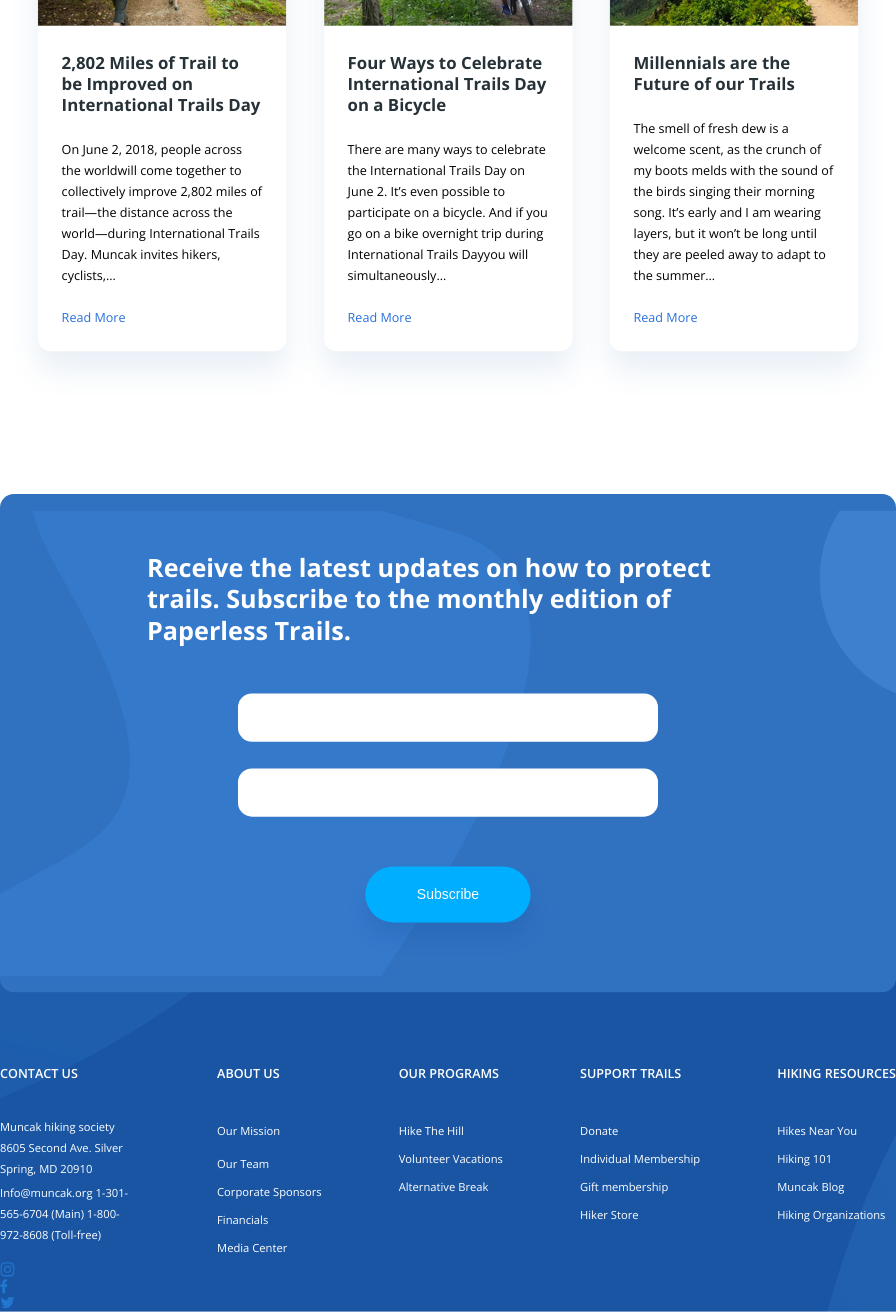
Repository: huubinh98/Project
Page: muncak/index.html
These files come from the project's save history. The page is drawn as it stood at one moment and after the next save; the edit follows.
The browser window is 1280 px wide. The pictures show the part of the page from y = 3804 to 5724 px (the page is 5678 px tall before and 5724 px after), at 70% of full size.

Above is the page before, as saved 2021-08-28 22:23:25.

### muncak/index.html
<!DOCTYPE html>
<html lang="en">

<head>
    <meta charset="UTF-8">
    <meta http-equiv="X-UA-Compatible" content="IE=edge">
    <meta name="viewport" content="width=device-width, initial-scale=1.0">
    <link rel="stylesheet" href="./style.css">
    <link rel="preconnect" href="https://fonts.googleapis.com">
    <link rel="preconnect" href="https://fonts.gstatic.com" crossorigin>
    <link href="https://fonts.googleapis.com/css2?family=Open+Sans:wght@300;400;600;700&display=swap" rel="stylesheet">
    <title>Muncak</title>
</head>

<body>
    <header class="header">
        <div class="container header-nav">
            <h1 class="logo"><a href="" class="logo-link"><img src="./image/Muncak.png" alt="" class="logo-img"></a>
            </h1>
            <ul class="nav-list">
                <li class="nav-item">
                    <a href="" class="nav-item-link">Home</a>
                </li>
                <li class="nav-item">
                    <a href="" class="nav-item-link">Go Hiking</a>
                </li>
                <li class="nav-item">
                    <a href="" class="nav-item-link">About</a>
                </li>
                <li class="nav-item">
                    <a href="" class="nav-item-link nav-highlight">Login</a>
                </li>
            </ul>
        </div>
        <div class="container-small">
            <h1 class="heading-banner">Lets get the top of Moutain</h1>
            <p class="heading-desc">Here is the hiking information you need to decide
                if it is right for you, and to make it more interesting,
                enjoyable, and safe.</p>
            <a href="#" class="btn c"> Get Started</a>
        </div>
    </header>
    <section class="about">
        <div class="container-small about-wrap">
            <h2 class="heading-name hearding-name-about">We envision a world where everyone
                has permanent access to a hiking trail</h2>
            <div class="about-item">
                <img src="./image/loa.png" alt="loa" class="about-img">
                <div class="about-content">
                    <h4 class="about-content-heading">Advocate</h4>
                    <p class="about-content-desc">We work with Congress, Federal agencies, and partners on policy issues
                        and legislation to ensure funding for trails, preservation of natural areas, and protection of
                        the hiking experience.</p>
                </div>
            </div>
            <div class="about-item">
                <img src="./image/bantay.png" alt="loa" class="about-img">
                <div class="about-content">
                    <h4 class="about-content-heading">Volunteer </h4>
                    <p class="about-content-desc">Trails don't maintain themselves. Individuals of any age and
                        experience level can become trail stewards. Give back to the trails you love, meet new people,
                        and enjoy the experience!</p>
                </div>
            </div>
            <div class="about-item">
                <img src="./image/nui.png" alt="loa" class="about-img">
                <div class="about-content">
                    <h4 class="about-content-heading">Explore</h4>
                    <p class="about-content-desc">Feel confident when you set out on your next trail adventure. Check
                        out our free hiking resources like tips for hiking with families, gear checklists, finding the
                        best trail for you.</p>
                </div>
            </div>
            <a href="" class="btn btn-about">Lean more</a>
        </div>
        <div class="container-small about-customer">
            <h2 class="heading-name">With the support of our members, and partners, we've improved trail access for millions of people</h2>
            <div class="customer-content">
                <p class="customer-text">We’ve Mobilized <span>558,768</span> Trail Volunteers</p>
                <p class="customer-text">We’ve Facilitated <span>41,146</span>
                    Miles of Trail Maintenance & Construction</p>
                <p class="customer-text">Volunteers Have Contributed <span>$108 Milion</span> in Volunteer Labor</p>
            </div>
        </div>
    </section>

    <!-- -----------new--------------- -->
    <section class="new">
        <div class="container-small">
            <h2 class="heading-name">Protecting Trails: Current News and Issues</h2>
            <div class="new-content">
                <div class="new-item">
                    <a href="#" class="new-item-picture">
                        <img src="./image/pic1.jpg" alt="pic1" class="new-item-img">
                    </a>
                    <div class="new-item-text">
                        <h3 class="new-item-name">2,802 Miles of Trail to be Improved on International Trails Day</h3>
                        <p class="new-item-desc">On June 2, 2018, people across the worldwill come together to
                            collectively improve 2,802 miles of trail—the distance across the world—during International
                            Trails Day. Muncak invites hikers, cyclists,…</p>
                        <a href="#" class="new-item-link">Read More</a>
                    </div>
                </div>
                <div class="new-item">
                    <a href="#" class="new-item-picture">
                        <img src="./image/pic2.jpg" alt="pic1" class="new-item-img">
                    </a>
                    <div class="new-item-text">
                        <h3 class="new-item-name">Four Ways to Celebrate International Trails Day on a Bicycle</h3>
                        <p class="new-item-desc">There are many ways to celebrate the International Trails Day on June 2. It’s even possible to participate on a bicycle. And if you go on a bike overnight trip during International Trails Dayyou will simultaneously…</p>
                        <a href="#" class="new-item-link">Read More</a>
                    </div>
                </div>
                <div class="new-item">
                    <a href="#" class="new-item-picture">
                        <img src="./image/pic3.jpg" alt="pic1" class="new-item-img">
                    </a>
                    <div class="new-item-text">
                        <h3 class="new-item-name">Millennials are the Future of our Trails</h3>
                        <p class="new-item-desc">The smell of fresh dew is a welcome scent, as the crunch of my boots melds with the sound of the birds singing their morning song. It’s early and I am wearing layers, but it won’t be long until they are peeled away to adapt to the summer…</p>
                        <a href="#" class="new-item-link">Read More</a>
                    </div>
                </div>
            </div>
        </div>
    </section>

    <div class="contact-footer">
        <div class="container form-contact">
            <h5 class="contact-heading">Receive the latest updates on how to protect trails.
                Subscribe to the monthly edition of Paperless Trails.</h5>
            <form action="">
                <input type="text" name="Name" id="" class="form-input">
                <input type="text" name="Email" id="" class="form-input">
                <button type="submit" class="btn btn-contact">Subscribe</button>
            </form>
        </div>
        <footer class="footer container">
            <div class="footer-info">
                <div class="footer-item">
                    <h4 class="footer-item-name">Contact US</h4>
                    <p class="footer-item-desc footer-desc-width">Muncak hiking society
                        8605 Second Ave.
                        Silver Spring, MD 20910</p>
                    <p class="footer-item-desc footer-desc-width">
                        <span>Info@muncak.org</span>
                        <span>1-301-565-6704 (Main)</span>
                        <span>1-800-972-8608 (Toll-free)</span>
                    </p>
                </div>
                <div class="footer-item">
                    <h4 class="footer-item-name">About us</h4>
                    <ul class="footer-item-list">
                        <li class="footer-item-contact">
                            <a href="" class="footer-item-desc">Our Mission</a>
                        </li>
                        <li>
                            <a href="" class="footer-item-desc">Our Team</a>
                        </li>
                        <li>
                            <a href="" class="footer-item-desc">Corporate Sponsors</a>
                        </li>
                        <li>
                            <a href="" class="footer-item-desc">Financials</a>
                        </li>
                        <li>
                            <a href="" class="footer-item-desc">Media Center</a>
                        </li>
                    </ul>
                </div>
                <div class="footer-item">
                    <h4 class="footer-item-name">Our Programs</h4>
                    <ul>
                        <li>
                            <a href="" class="footer-item-desc">Hike The Hill</a>
                        </li>
                        <li>
                            <a href="" class="footer-item-desc">Volunteer Vacations</a>
                        </li>
                        <li>
                            <a href="" class="footer-item-desc">Alternative Break</a>
                        </li>
                    </ul>
                </div>
                <div class="footer-item">
                    <h4 class="footer-item-name">support trails</h4>
                    <ul>
                        <li>
                            <a href="" class="footer-item-desc">Donate</a>
                        </li>
                        <li>
                            <a href="" class="footer-item-desc">Individual Membership</a>
                        </li>
                        <li>
                            <a href="" class="footer-item-desc">Gift membership</a>
                        </li>
                        <li>
                            <a href="" class="footer-item-desc">Hiker Store</a>
                        </li>
                    </ul>
                </div>
                <div class="footer-item">
                    <h4 class="footer-item-name">hiking resources</h4>
                    <ul>
                        <li>
                            <a href="" class="footer-item-desc">Hikes Near You</a>
                        </li>
                        <li>
                            <a href="" class="footer-item-desc">Hiking 101</a>
                        </li>
                        <li>
                            <a href="" class="footer-item-desc">Muncak Blog</a>
                        </li>
                        <li>
                            <a href="" class="footer-item-desc">Hiking Organizations</a>
                        </li>
                    </ul>
                </div>
            </div>
            <ul class="socical">
                <li class="socical-item">
                    <a href="" class="socical-item-link">
                        <img src="./image/instar.png" alt="" class="socical-item-img">
                    </a>
                </li>
                <li class="socical-item">
                    <a href="" class="socical-item-link">
                        <img src="./image/facebook.png" alt="" class="socical-item-img">
                    </a>
                </li>
                <li class="socical-item">
                    <a href="" class="socical-item-link">
                        <img src="./image/tiwer.png" alt="" class="socical-item-img">
                    </a>
                </li>
            </ul>
        </footer>
    </div>
</body>

</html>

### muncak/style.css
* {
    margin: 0;
    padding: 0;
    box-sizing: border-box;
}

html {
    font-size: 62.5%;
    line-height: 1.6rem;
    font-family: 'Open Sans', sans-serif;
    scroll-behavior: smooth;
}

ul, li {
    list-style: none;
}

a {
    text-decoration: none;
}

.container {
    max-width: 1404px;
    width: 100%;
    margin: 0 auto;
}

.container-small {
    max-width: 1172px;
    width: 100%;
    margin: 0 auto;
}

.btn {
    font-size: 2rem;
    line-height: 8rem;
    color: #fbfcfc;
    background-color: #2870db;
    border-radius: 40px;
    display: inline-block;
    padding: 0 66px;
    box-shadow: 0 22px 24px rgba(17, 83, 165, 0.21);
    transition: 0.25s ease;
}

.heading-name {
    font-size: 3.6rem;
    line-height: 5rem;
    text-align: center;
    margin: 0 auto;
    color: #263238;
    margin-bottom: 101px;
    max-width: 1000px;
}

.btn:hover {
    background-color: #1153a5;
}

/* ----------------------- */

.header {
    margin: 0 auto;
    max-width: 1900px;
    height: 1026px;
    background-color: white;
    background-image: url(./image/backgroudleft1.png), url(./image/Muncak-Landing-Page.png);
    background-position: left bottom, right top;
    background-repeat: no-repeat, no-repeat;
}

.header-nav {
    display: flex;
    justify-content: space-between;
    padding-top: 85px;
}

.logo{

}
.logo-link{

}
.logo-img{

}
.nav-list{

}
.nav-item{
    display: inline-block;
}
.nav-item-link{
    font-size: 1.8rem;
    font-weight: 400;
    line-height: 3.6rem;
    color: #fff;
    padding: 0 36px;
    display: inline-block;
}

.nav-highlight {
    background-color: #fff;
    color: #14215e;
    border-radius: 14px;
}

.heading-banner {
    font-size: 5rem;
    line-height: 6rem;
    color: #1c2056;
    margin-top: 144px;
    max-width: 400px;
}

.heading-desc {
    font-size: 1.8rem;
    line-height: 4rem;
    color: rgba(45, 32, 88, 0.65);
    max-width: 400px;
    margin-top: 43px;
    margin-bottom: 103px;
}

.btn-heading {
    margin-bottom: 310px;
}


/* -----------about---------------- */
.about {
    margin-top: 158px;
    margin-bottom: 98px;
    background-image: url(./image/backgroudleft2.png), url(./image/Muncak-Landing-Page2.png);
    background-repeat: no-repeat, no-repeat;
    background-position: left bottom, right center;
}

.about-wrap {
    margin-bottom: 105px;
}

.hearding-name-about {
    max-width: 700px;
}

.about-item {
    max-width: 549px;
}

.about-item:nth-child(2n + 1) {
    margin-left: auto;
    margin-top: -150px;
}

.about-item:nth-child(2n + 2) {
    margin-top: -109px;
}

.about-item:first-of-type {
    margin-top: 0;
}

.about-img {
    display: block;
    margin: 0 auto;
    margin-bottom: 63px;
}

.about-content {
    padding: 72px;
    border-radius: 18px;
    background-color: #fff;
    box-shadow: 0 27px 43px rgb(32 94 171 / 10%);
}

.about-content-heading {
    font-size: 2.4rem;
    line-height: 3.6rem;
    color: #263238;
    padding-bottom: 48px;
}

.about-content-desc {
    font-size: 1.8rem;
    line-height: 3.6rem;
    color: #546e7a;
}

.btn-about {
    float: right;
    margin-right: 163px;
    margin-top: -226px;
}

/* -----------customer-------------- */

.about-custumer {
    margin-top: 105px;
}

.customer-content {
    display: flex;
    justify-content: space-between;
}

.customer-text {
    text-align: center;
    font-size: 2.2rem;
    line-height: 2.3rem;
    color: #263238;
}

.customer-text span {
    font-size: 3.6rem;
    display: block;
    color: #1a56a3;
    font-weight: 700;
    line-height: 3.4rem;
    padding: 34px 0;
}

/* --------New-------------- */

.new {
    padding-top: 98px;
    padding-bottom: 102px;
}

.new-content {
    display: flex;
    justify-content: space-between;
}

.new-item {
    border-radius: 18px;
    box-shadow: 0 27px 43px rgb(32 94 171 / 10%);
    max-width: 355px;
    overflow: hidden;
}

.new-item-img {
    height: 222px;
    object-fit: cover;
    width: 100%;
}

.new-item-text {
    padding: 34px;
}

.new-item-name {
    font-size: 2.4rem;
    line-height: 3rem;
    color: #263238;
    padding-bottom: 33px;
}

.new-item-desc {
    font-size: 1.8rem;
    line-height: 3rem;
    padding-bottom: 30px;
}

.new-item-link {
    font-size: 1.8rem;
    line-height: 3rem;
    color: #2870db;
}


/* -----------contact-footer------------ */
.contact-footer {
    padding-top: 102px;
    background: url(./image/backgroudfooter.png) no-repeat bottom;
}

.form-contact {
    padding: 82px 210px 100px;
    background-color: #3072c0;
    background-image: url(./image/backgroudcontact.png);
    background-repeat: no-repeat;
    background-position: left;
    border-radius: 20px;
}

.contact-heading {
    font-size: 3.6rem;
    line-height: 4.5rem;
    color: #fff;
    padding-bottom: 68px;
}

.form-input {
    display: block;
    max-width: 600px;
    width: 100%;
    margin: 0 auto;
    height: 69px;
    outline: none;
    border: navajowhite;
    margin-bottom: 38px;
    border-radius: 20px;
    font-size: 2.4rem;
    line-height: 3.6rem;
    padding: 0 37px;
    color: rgba(84, 110, 122, 0.6);
}

.btn-contact {
    height: 80px;
    padding: 0 74px;
    margin: 0 auto;
    display: block;
    line-height: 4rem;
    color: #fbfcfc;
    background-color: #00aeff;
    border: none;
    outline: none;
    border-radius: 40px;
    margin-top: 71px;
}

/* footer info */

.footer-info {
    display: flex;
    justify-content: space-between;
    margin-top: 97px;
}

.footer-item-name{
    font-size: 1.8rem;
    line-height: 3.6rem;
    color: #fff;
    font-weight: 600;
    padding-bottom: 44px;
    text-transform: uppercase;
}

.footer-item-contact {
    padding-bottom: 8px;
}

.footer-item-desc {
    font-size: 1.6rem;
    line-height: 4rem;
    color: #fff;
    padding-bottom: 4px;
}

.footer-item-desc.footer-desc-width {
    max-width: 200px;
    line-height: 3rem;
}

After the next save:
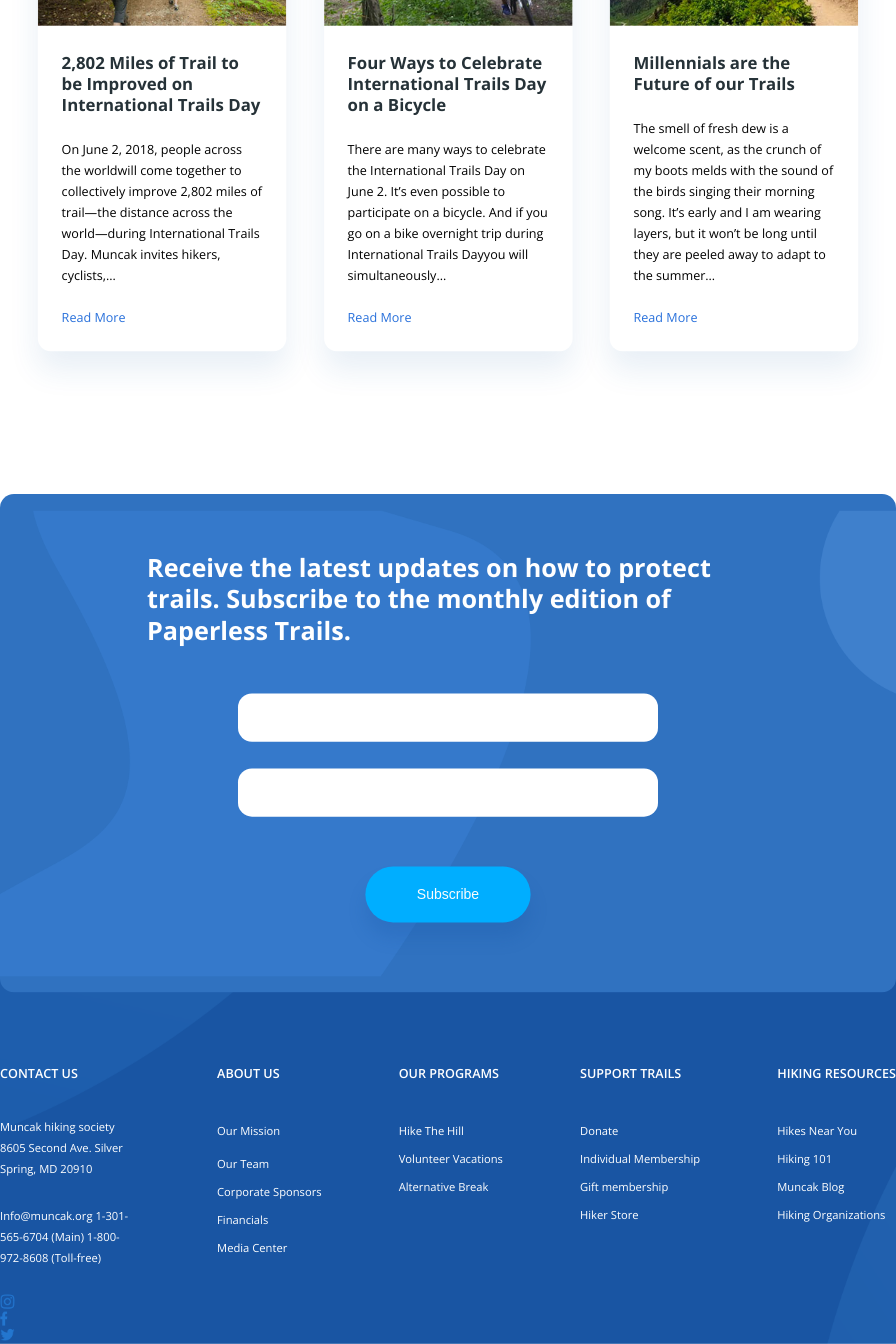
Saved 77 min 29 s later.
--- a/muncak/style.css
+++ b/muncak/style.css
@@ -352,4 +352,5 @@ a {
 .footer-item-desc.footer-desc-width {
     max-width: 200px;
     line-height: 3rem;
-}
+    padding-bottom: 37px;
+}
